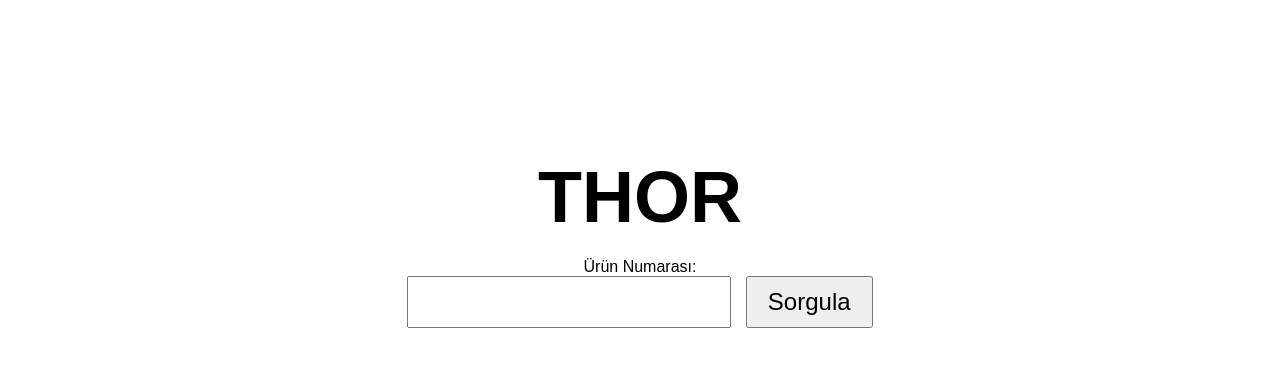
Repository: emrehendemoglu/warranty-inquiry
Page: http://localhost/
The author's editor kept a copy of each file at every save. The page is drawn from the files as they stood at one save, then again after the next save.
The browser window is 1280 px wide. The pictures show the whole page.
The page is served by the project's application, run on Flask 3 (app.py).

Above is the page before, as saved 2025-07-21 15:56:09.

After the next save:
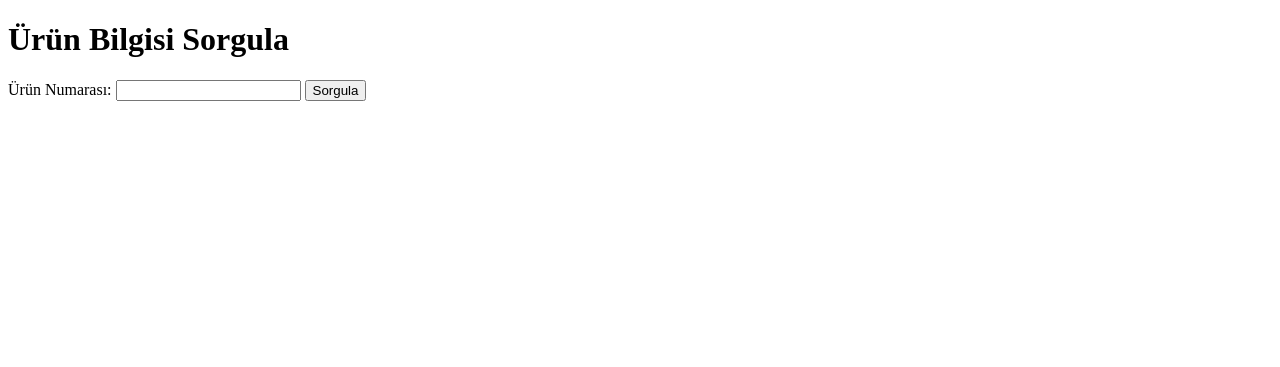
Saved 5 s later.
--- a/templates/index.html
+++ b/templates/index.html
@@ -2,48 +2,23 @@
 <html lang="tr">
 <head>
     <meta charset="UTF-8" />
-    <title>Thor Şirketi</title>
-    <style>
-        body {
-            font-family: Arial, sans-serif;
-            text-align: center;
-            padding-top: 100px;
-        }
-        h1 {
-            font-size: 72px;
-            margin-bottom: 20px;
-        }
-        input[type="text"] {
-            font-size: 24px;
-            padding: 10px;
-            width: 300px;
-        }
-        input[type="submit"] {
-            font-size: 24px;
-            padding: 10px 20px;
-            margin-left: 10px;
-        }
-        .result {
-            margin-top: 40px;
-            font-size: 28px;
-            font-weight: bold;
-        }
-    </style>
+    <title>Ürün Sorgulama</title>
 </head>
 <body>
-    <h1>THOR</h1>
-    <form method="post">
-        <label for="urun_numarasi">Ürün Numarası:</label><br />
-        <input type="text" id="urun_numarasi" name="urun_numarasi" required />
-        <input type="submit" value="Sorgula" />
+    <h1>Ürün Bilgisi Sorgula</h1>
+    <form method="POST">
+        <label for="urun_numarasi">Ürün Numarası:</label>
+        <input type="text" name="urun_numarasi" id="urun_numarasi" required />
+        <button type="submit">Sorgula</button>
     </form>
-    <div class="result">
-        {% if urun_bilgisi %}
-            Ürün Adı: {{ urun_bilgisi }}<br />
-        {% endif %}
-        {% if kalan_sure %}
-            Kalan Garanti Süresi: {{ kalan_sure }}
-        {% endif %}
-    </div>
+
+    {% if urun_bilgisi %}
+        <h2>Ürün Detayları:</h2>
+        <p>Ürün Sahibi Adı: {{ urun_bilgisi.urun_Adi }}</p>
+        <p>Ürün Numarası: {{ urun_bilgisi.urun_numarasi }}</p>
+        <p>Kalan Garanti Süresi: {{ kalan_sure }}</p>
+    {% elif urun_bilgisi is not none %}
+        <p>Ürün bulunamadı.</p>
+    {% endif %}
 </body>
 </html>
